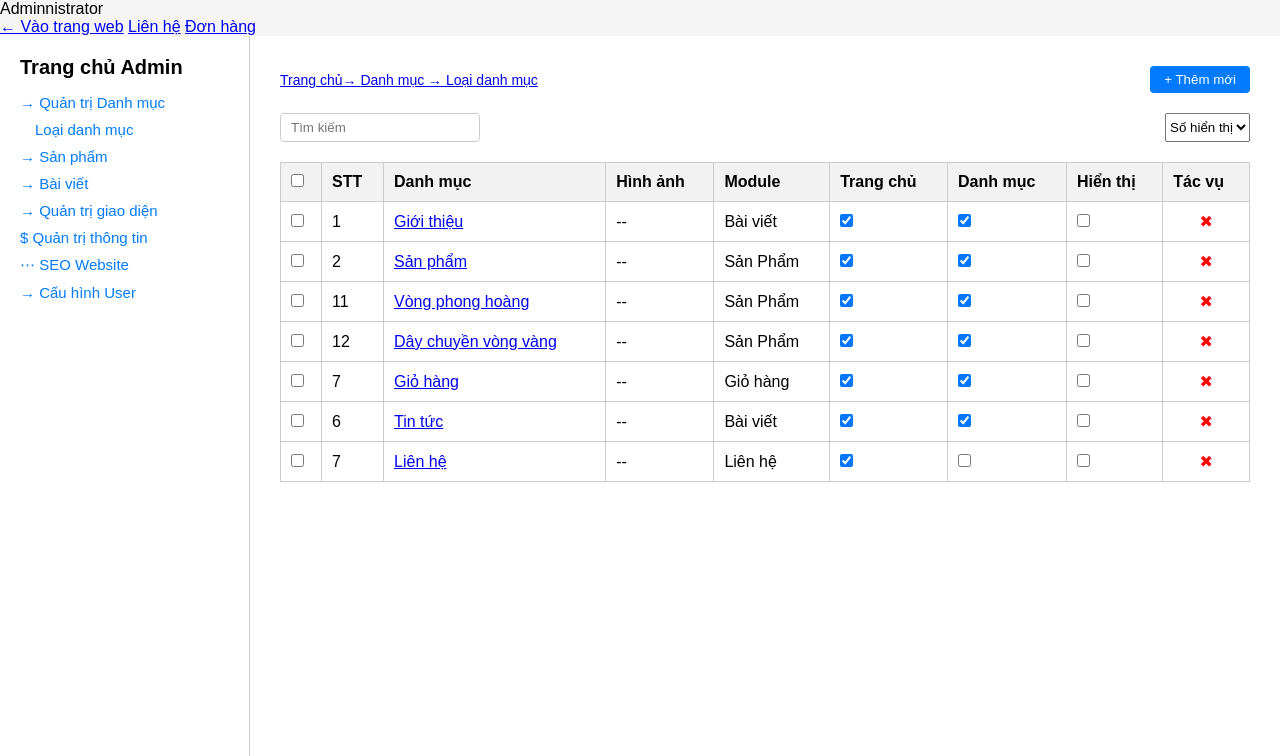
Repository: TranTanDat0606/Du-An-1
Page: Admin]/admin.html
The author's editor kept a copy of each file at every save. The page is drawn from the files as they stood at one save, then again after a run of saves.
The browser window is 1280 px wide. The pictures show the whole page.

Above is the page before, as saved 2025-07-31 08:40:26.

After the next 2 saves:
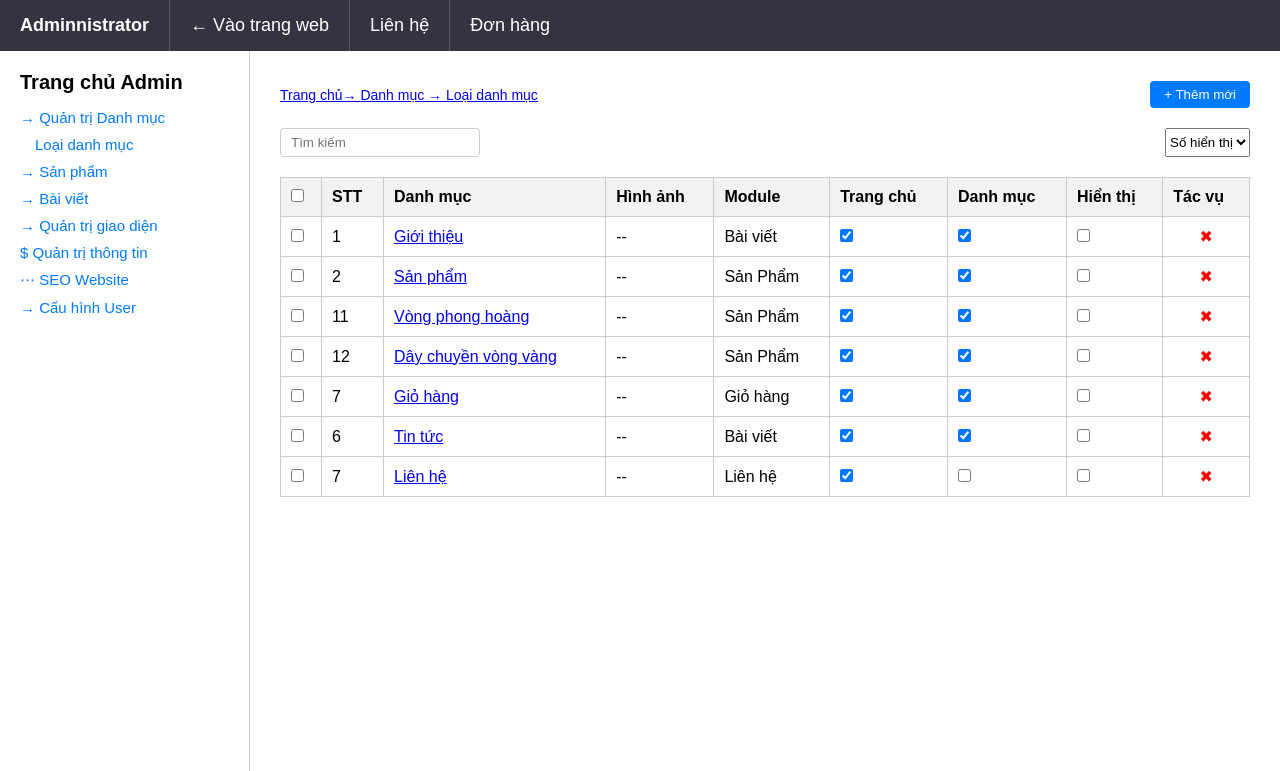
The 2 saves are shown as one change because they came seconds apart.
The last was saved 18 s later.
--- a/Admin]/admin.css
+++ b/Admin]/admin.css
@@ -5,6 +5,32 @@
     font-family: sans-serif;
 }
 /* header */
+/* Thanh navbar admin */
+.admin-navbar {
+    display: flex;
+    background-color: #35333f;
+    /* Màu nền đậm */
+    color: #fff;
+    font-size: 18px;
+    font-family: sans-serif;
+    font-weight: 400;
+}
+
+.admin-navbar-item {
+    padding: 15px 20px;
+    color: #fff;
+    text-decoration: none;
+    border-left: 1px solid #5c5a65;
+    /* Đường kẻ giữa các mục */
+    display: flex;
+    align-items: center;
+}
+
+/* Mục đầu tiên không có đường viền trái */
+.admin-navbar-item.left {
+    border-left: none;
+    font-weight: bold;
+}
 /* Topbar admin */
 .topbar {
     background-color: #2f2e38;
